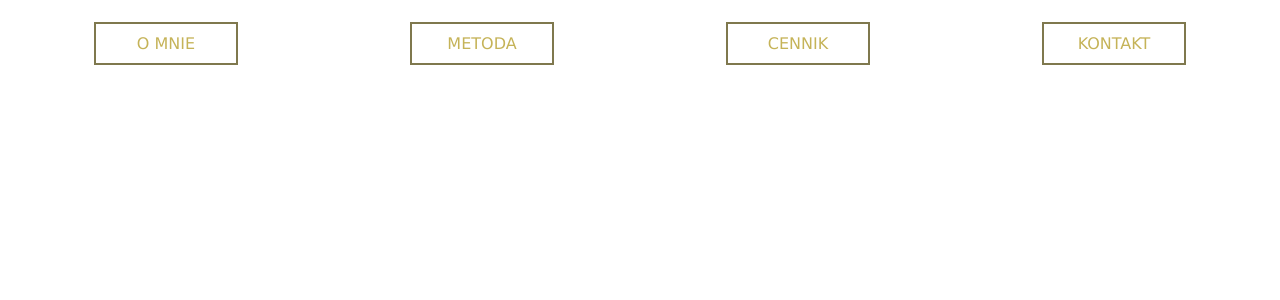
Repository: LechCieslak/Anna_Cieslak_v2.1
Page: index.html
An editor plug-in stored every save of this project. The page is shown before and after the next save, followed by the edit.
The browser window is 1280 px wide. The pictures show the whole page.

Above is the page before, as saved 2020-09-17 15:38:49.

After the next save:
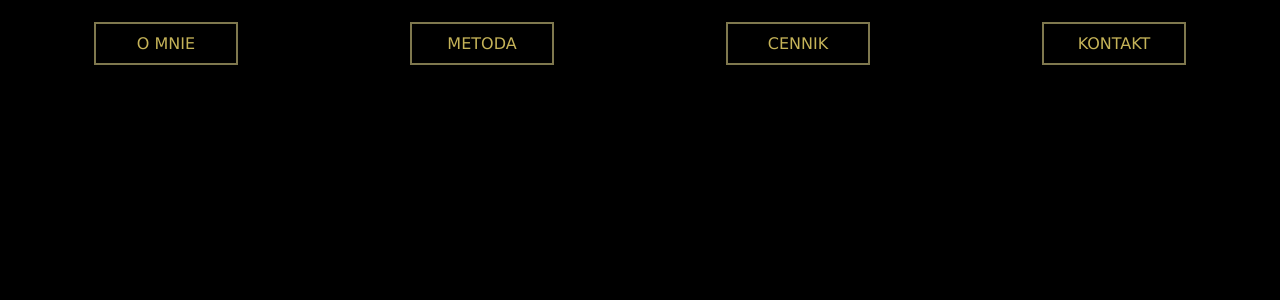
Saved 22 s later.
--- a/style.css
+++ b/style.css
@@ -7,8 +7,8 @@ body {
     --tlo: #4C6464;
     --text: #C5B358;
     --ramka: #7F784E;
-    /* background-position-x: center;
-    background-color: black; */
+    background-position-x: center;
+    background-color: black;
     color: var(--text);
     animation: backgroundEffPoz 3s forwards;
     display: block;
